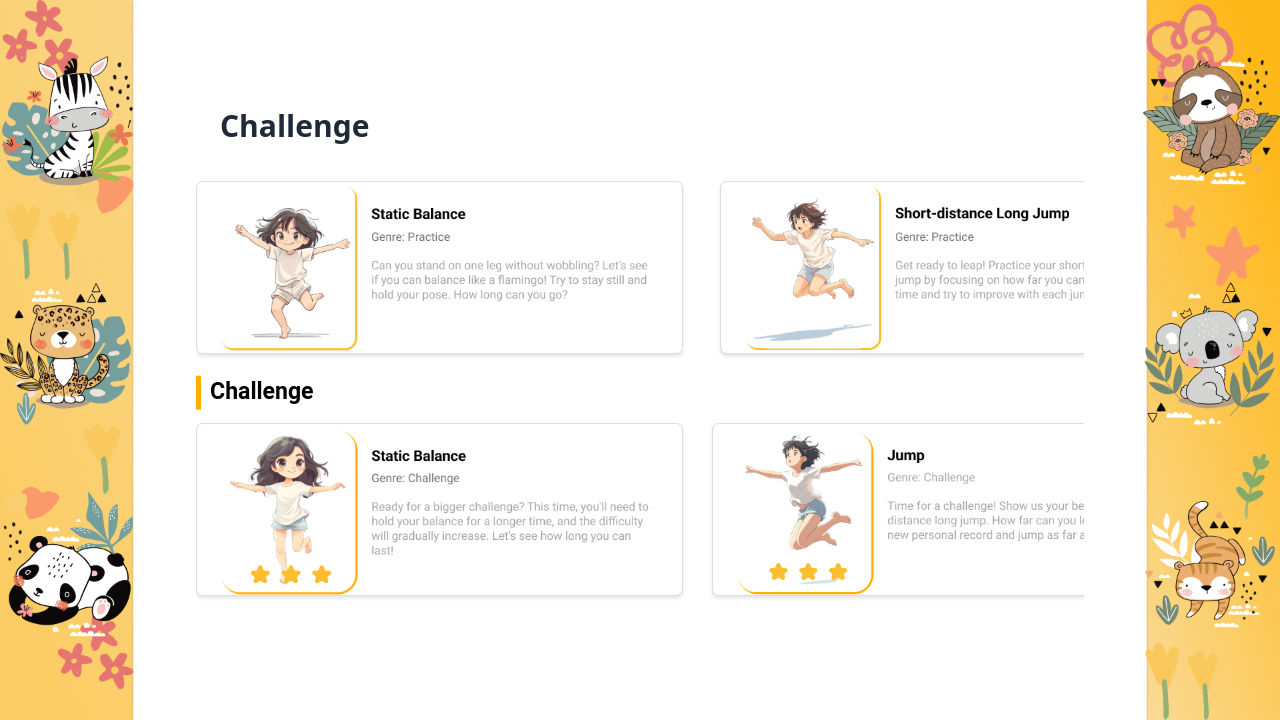
Repository: Jayhawk2000/AR_Game_DCD_Children
Page: homepage.html
The author's editor kept a copy of each file at every save. The page is drawn from the files as they stood at one save, then again after a run of saves.
The browser window is 1280 px wide. The pictures show the whole page.

Above is the page before, as saved 2024-10-16 13:19:10.

After the next 2 saves:
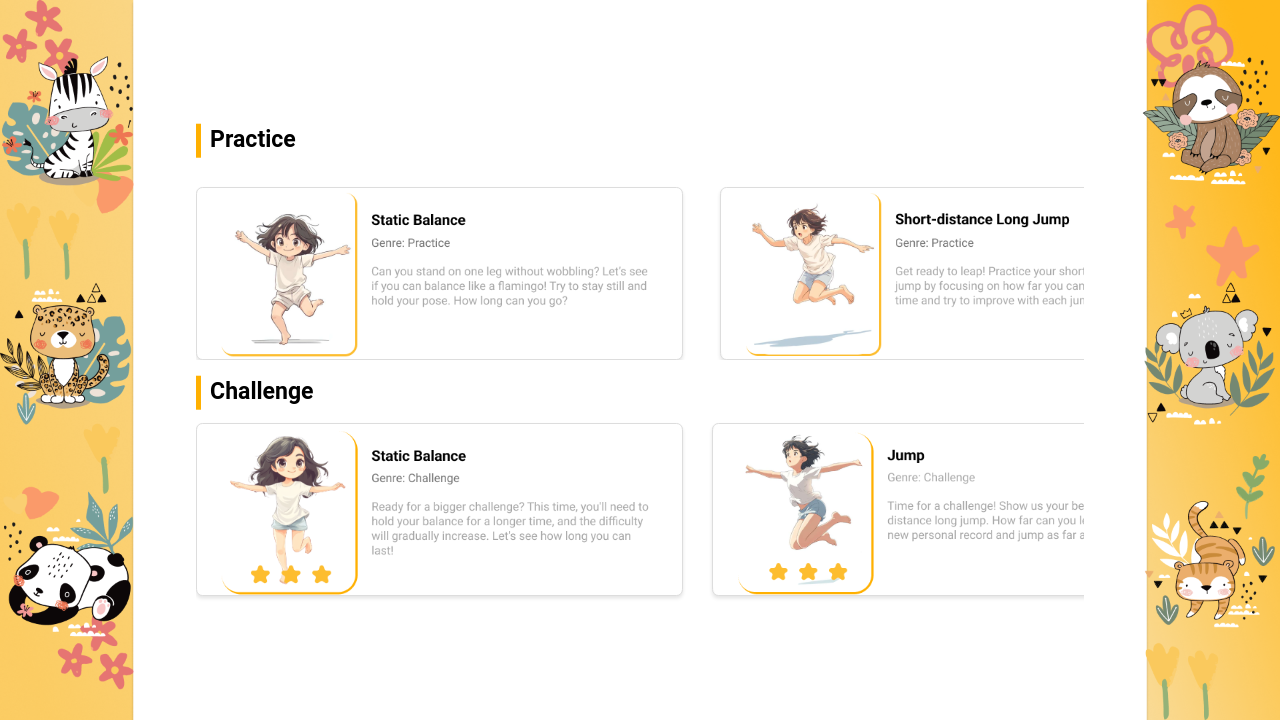
The 2 saves are shown as one change because they came seconds apart.
The last was saved 30 s later.
--- a/homepage.html
+++ b/homepage.html
@@ -131,9 +131,8 @@
     <div class="content">
         <div class="section">
             <br><br><br>
-            <h2 class="text-3xl font-bold text-gray-800 mb-6 relative pl-6 before:content-[''] before:absolute before:left-0 before:top-1/2 before:-translate-y-1/2 before:h-full before:w-2 before:bg-yellow-400">
-                Challenge
-            </h2>
+            <div class="title"><b>Practice</b></div>
+            <div class="title text-2xl font-bold text-gray-800 mb-4 relative pl-6 before:content-[''] before:absolute before:left-0 before:top-1/2 before:-translate-y-1/2 before:h-full before:w-1 before:bg-yellow-400"></div>
             <div class="card-slider overflow-x-auto snap-x snap-mandatory flex space-x-6 p-4">
                 <a href="prac_bal.html" class="card flex-none w-96 h-64 bg-cover bg-center rounded-xl shadow-lg hover:shadow-2xl transition-shadow duration-300 relative overflow-hidden group" style="background-image: url('img/balance_practice.png');">
                     <div class="absolute inset-0 bg-gradient-to-t from-black to-transparent opacity-0 group-hover:opacity-100 transition-opacity duration-300 flex flex-col justify-end p-6">

After the save that followed:
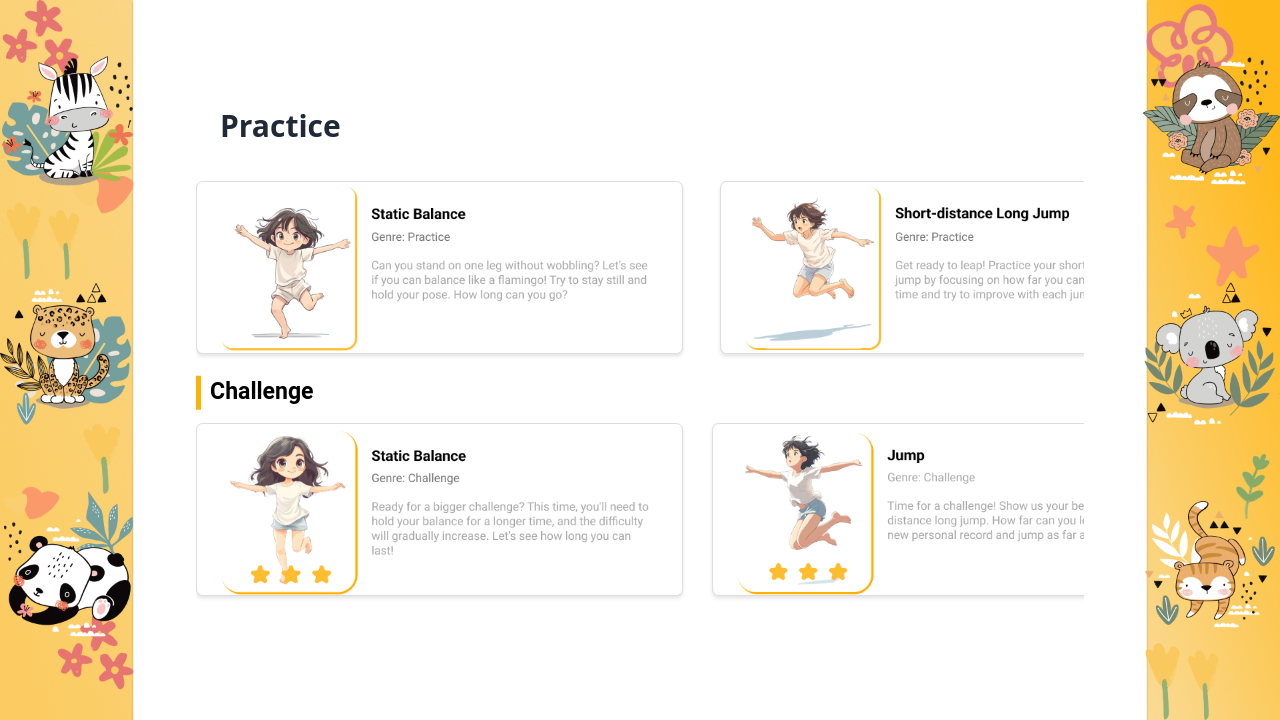
Saved 8 s later.
--- a/homepage.html
+++ b/homepage.html
@@ -131,8 +131,9 @@
     <div class="content">
         <div class="section">
             <br><br><br>
-            <div class="title"><b>Practice</b></div>
-            <div class="title text-2xl font-bold text-gray-800 mb-4 relative pl-6 before:content-[''] before:absolute before:left-0 before:top-1/2 before:-translate-y-1/2 before:h-full before:w-1 before:bg-yellow-400"></div>
+            <h2 class="text-3xl font-bold text-gray-800 mb-6 relative pl-6 before:content-[''] before:absolute before:left-0 before:top-1/2 before:-translate-y-1/2 before:h-full before:w-2 before:bg-yellow-400">
+                Practice
+            </h2>
             <div class="card-slider overflow-x-auto snap-x snap-mandatory flex space-x-6 p-4">
                 <a href="prac_bal.html" class="card flex-none w-96 h-64 bg-cover bg-center rounded-xl shadow-lg hover:shadow-2xl transition-shadow duration-300 relative overflow-hidden group" style="background-image: url('img/balance_practice.png');">
                     <div class="absolute inset-0 bg-gradient-to-t from-black to-transparent opacity-0 group-hover:opacity-100 transition-opacity duration-300 flex flex-col justify-end p-6">
